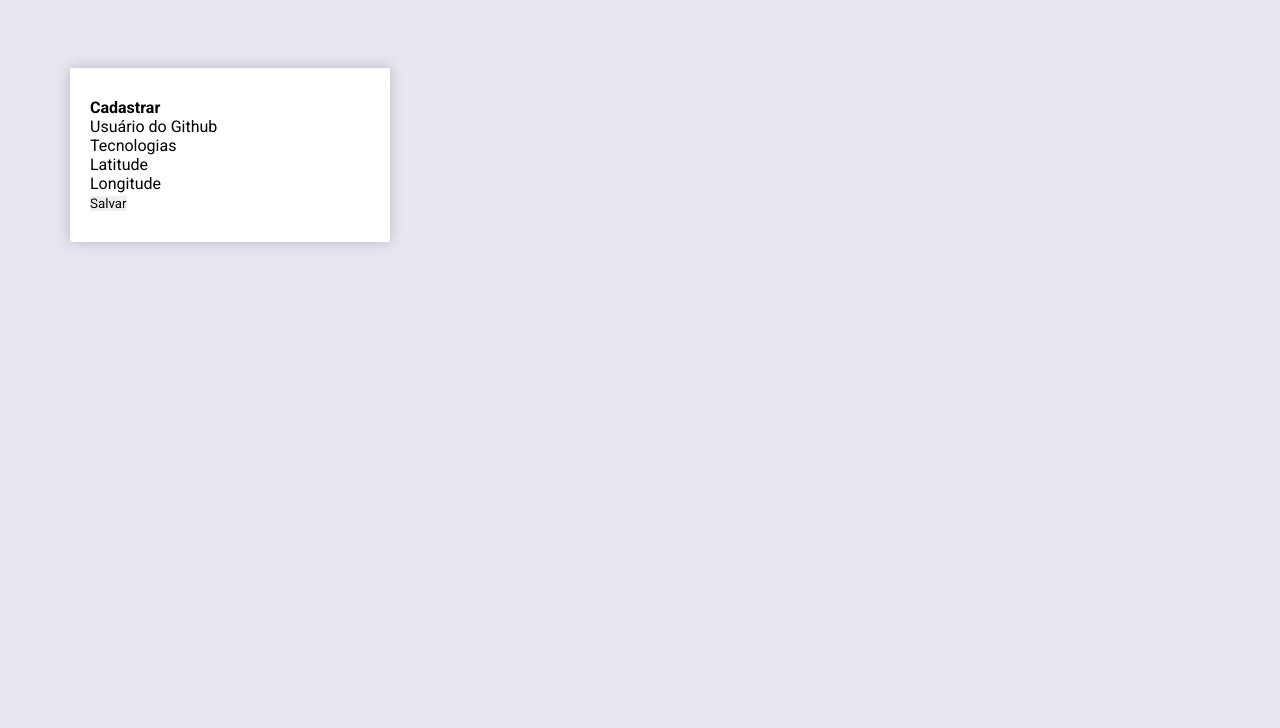
Repository: Jonatas-Castro/react_frontend
Page: /
An editor plug-in stored every save of this project. The page is shown before and after the next save, followed by the edit.
The browser window is 1280 px wide. The pictures show the whole page.
The project was rebuilt for these pictures with package versions that can differ from the ones it lists, and the page was loaded fresh each time. Also part of the build but not shown: src/Mean.css.

Above is the page before, as saved 2020-01-16 15:07:55.

After the next save:
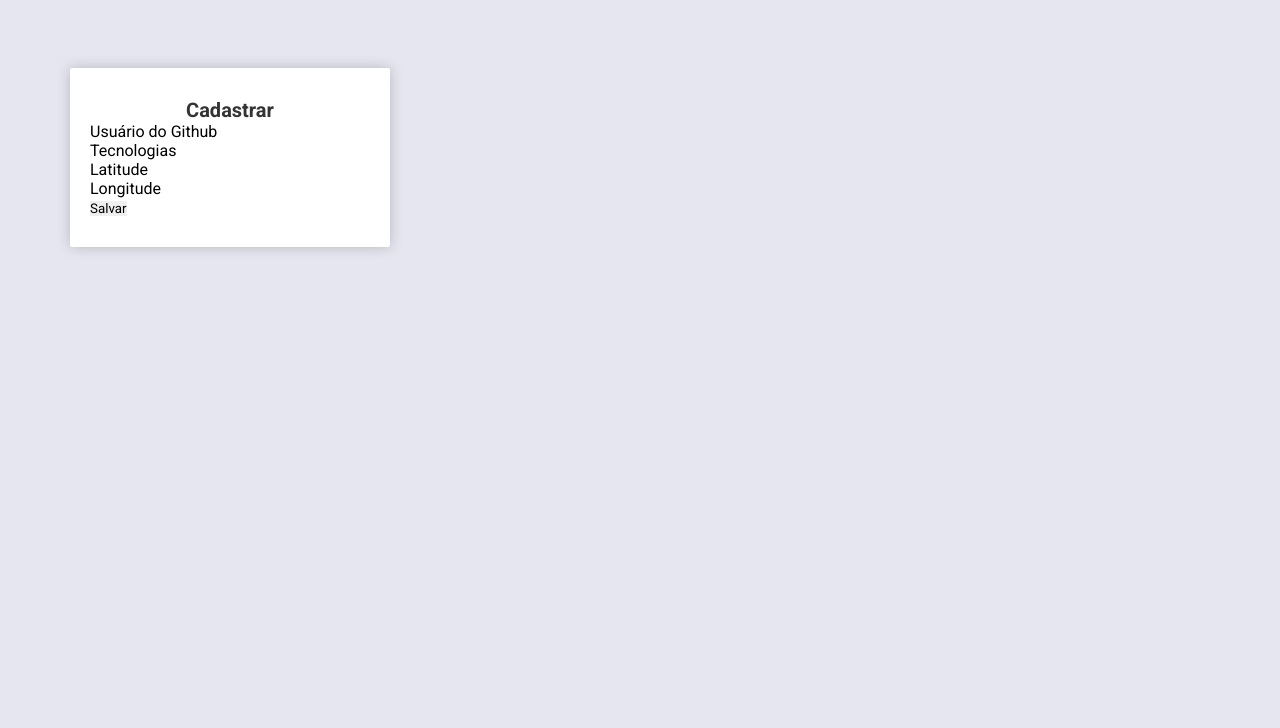
Saved 63 s later.
--- a/src/Sidebar.css
+++ b/src/Sidebar.css
@@ -5,3 +5,9 @@ aside{
     border-radius: 2px;
     padding: 30px 20px;
 }
+aside strong{
+    font-size: 20px;
+    text-align: center;
+    display: block;
+    color: #333;
+}
